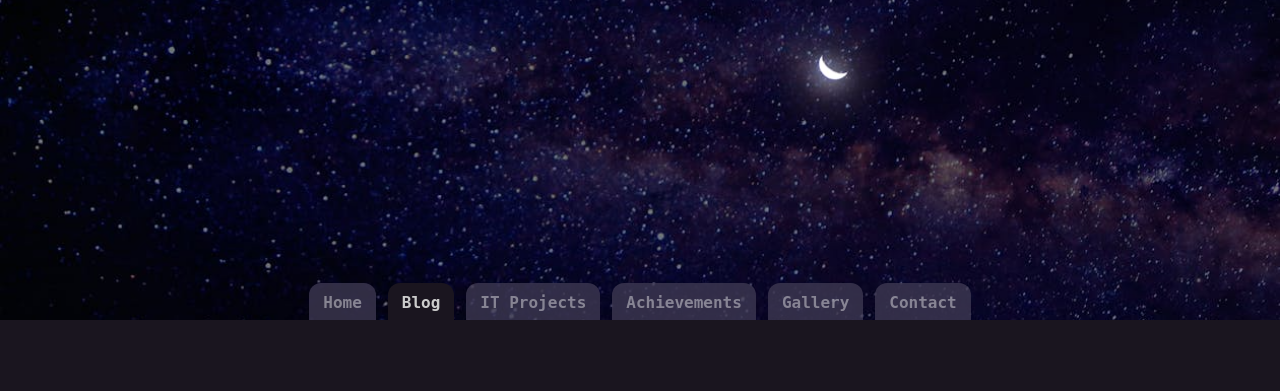
Repository: JMauve2233248/JiajyStudio
Page: Blog.html
These files come from the project's save history. The page is drawn as it stood at one moment and after the next save; the edit follows.
The browser window is 1280 px wide. The pictures show the whole page.

Above is the page before, as saved 2026-03-04 21:11:41.

### Blog.html
<!DOCTYPE html>
<html lang="en">
    <head>
        <meta charset="UTF-8" />
        <meta name="viewport" content="width=device-width, initial-scale=1.0" />
        <title>IT Portfolio</title>
        <link rel="stylesheet" href="styles.css" />
    </head>
    <body>
        <!--Header image-->
        <div class="header-image">
            <img src="images/header.png" alt="Header Image"/>
        </div>

        <nav class="tabs">
            <a class="tab" href="Home.html">Home</a>
            <a class="tab active" href="Blog.html">Blog</a>
            <a class="tab" href="ITprojects.html">IT Projects</a>
            <a class="tab" href="Achievement.html">Achievements</a>
            <a class="tab" href="Gallery.html">Gallery</a>
            <a class="tab" href="Contact.html">Contact</a>
        </nav>
    </body>
</html>

### styles.css
:root {
    /* Define color variables */
    /* Dark Mode*/
    --background-color: #1a151f; /*Dark Purple*/
    --purple-color: #3F3381; /*Purple*/
    --purple-glow-color: #dfdae7; /*Lighter Purple for Glow Effect*/
    --yellow-color: #FFD700; /*Yellow*/
}

body {
    font-family: 'Monospace', 'Lucida Sans', 'Lucida Sans Regular', 'Lucida Grande', 'Lucida Sans Unicode', Geneva, Verdana, sans-serif;
    background-color: var(--background-color);
    color: white;
    margin: 0;
}

footer {
    font-size: 0.5em;
    text-align: center;
    color: white;
}

/*Navigation Bar*/
.tabs {
    display: flex;
    gap: 12px;
    align-items: flex-end;
    padding: 0 16px;
    border-radius: 2px;
    background: none;
    position: relative;
    margin-top: -39px;
    justify-content: center;
    z-index: 10;
}

.tab {
    position: relative;
    padding: 10px 14px 8px;
    color: rgba(255, 255, 255, 0.416);
    text-decoration: none;
    font-weight: 600;
    background: rgba(64, 59, 84, 0.75);
    border-bottom: none;
    border-top-left-radius: 12px;
    border-top-right-radius: 12px;
    transform: translateY(2px);
}

.tab::before {
    content: "";
    position: absolute;
    top: -10px;
    left: 10px;
    width: 22px;
    height: 12px;
    border-bottom: none;
    border-top-left-radius: 10px;
    border-top-right-radius: 10px;
}

.tab:hover {
    color: var(--yellow-color);
}

.tab.active {
    background-color: var(--background-color);
    color: #ccc;
}

.tab.active:hover {
    color: var(--yellow-color);
}

/*ITprojects.html*/
.header-image {
    position: relative;
    width: 100%;
    height: 20rem;
    overflow: hidden;
}

.header-image img {
    width: 100%;
    height: 100%;
    object-fit: cover;
    object-position: center;
    display: block;
}

.IT_header {
    text-align: center;
}

.logo {
    width: auto;
    height: 200px;
    border-radius: 50%;
}

.about-me {
    margin: 20px;
    padding: 20px;
    background-color: #f0f0f0;
    color: black;
    border-radius: 10px;
}

.about-me h1 {
    margin-top: 0;
    background-color: var(--background-color);
    color: white;
    width: fit-content;
    padding: 5px 10px;
    border-radius: 15px;
}

.skills {
    margin: 20px;
    padding: 20px;
}

.skills-list {
    list-style-type: none;
    padding: 0;
}

.skills-list li::before {
    content: "✦ ";
    color: var(--yellow-color);
}

.ITprojects {
    display: flex;
    flex-direction: column;
    margin:0;
    padding: 20px;
    background-color: #f0f0f0;
    color: black;
}

.ITprojects h1 {
    margin-top: 0;
    background-color: var(--background-color);
    color: white;
    width: fit-content;
    padding: 15px 15px;
    border-radius: 10px;
}

.project {
    display: flex;
    align-items: center;
    gap: 40px;
    margin: 20px 0;
    padding: 20px;
    border-radius: 10px;
}

.project:hover{
    background-color: var(--purple-glow-color);
}

.project-image {
    width: 300px;
    height: 200px;
    background-color: #ccc;
}

.project-text {
    flex: 1;
}

.view-project {
    display: inline-block;
    margin-top: 10px;
    padding: 10px 20px;
    background-color: var(--purple-color);
    color: white;
    text-decoration: none;
    border-radius: 5px;
}

.project_reverse {
    display: flex;
    gap: 40px;
    padding: 20px;
    border-radius: 10px;
    flex-direction: row-reverse;
    text-align: right;
}

.project_reverse:hover{
    background-color: var(--purple-glow-color);
}

.contact {
    margin: 20px;
    padding: 20px;
    border-radius: 10px;
}

After the next save:
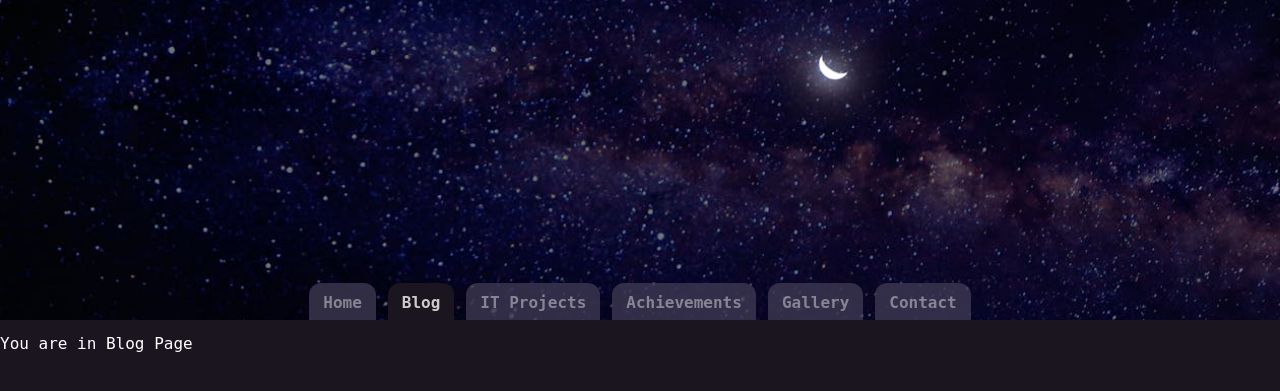
Saved 5 s later.
--- a/Blog.html
+++ b/Blog.html
@@ -20,5 +20,7 @@
             <a class="tab" href="Gallery.html">Gallery</a>
             <a class="tab" href="Contact.html">Contact</a>
         </nav>
+
+        <p>You are in Blog Page</p>
     </body>
 </html>
